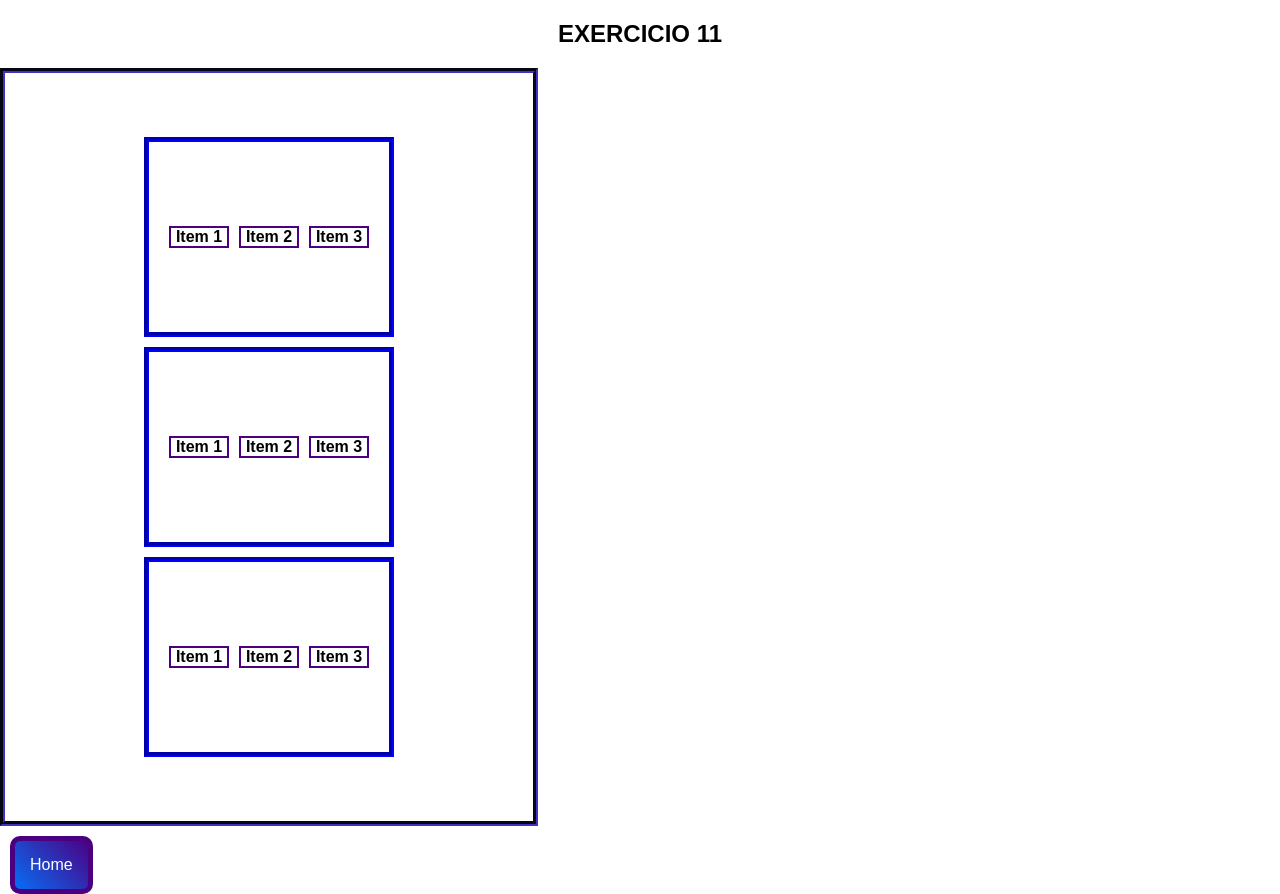
Repository: Elianmrey/TP1-Mobile-First
Page: EXERCISES/EX_11/index.html
The author's editor kept a copy of each file at every save. The page is drawn from the files as they stood at one save, then again after the next save.
The browser window is 1280 px wide. The pictures show the whole page.

Above is the page before, as saved 2024-08-04 22:49:36.

After the next save:
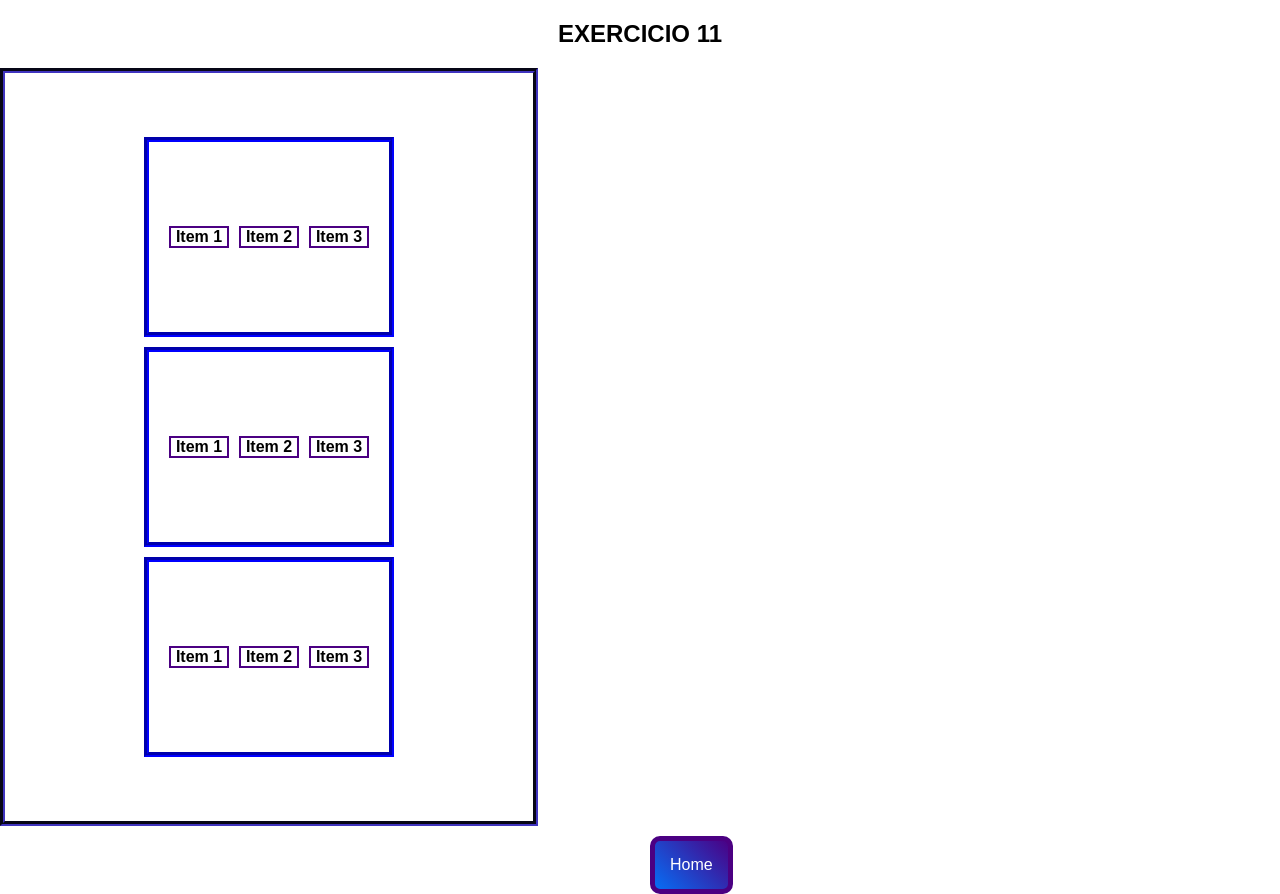
Saved 4 s later.
--- a/EXERCISES/EX_11/style.css
+++ b/EXERCISES/EX_11/style.css
@@ -3,7 +3,7 @@
 margin: 0;
 padding: 0;
 font-family: sans-serif;
-align-text-align: center;
+text-align: center;
 }
 .titulo
 {

After the save that followed:
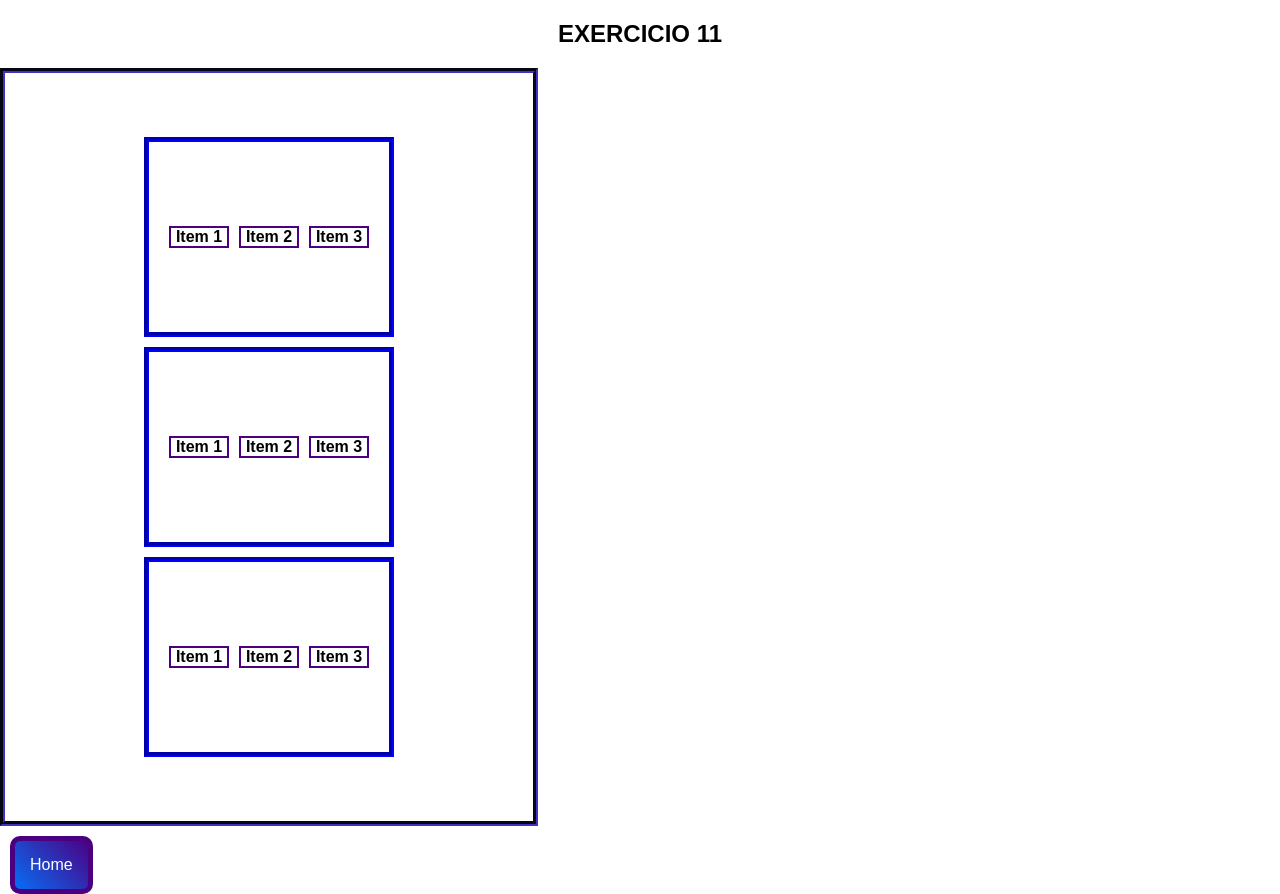
Saved 16 s later.
--- a/EXERCISES/EX_11/style.css
+++ b/EXERCISES/EX_11/style.css
@@ -3,7 +3,6 @@
 margin: 0;
 padding: 0;
 font-family: sans-serif;
-text-align: center;
 }
 .titulo
 {
